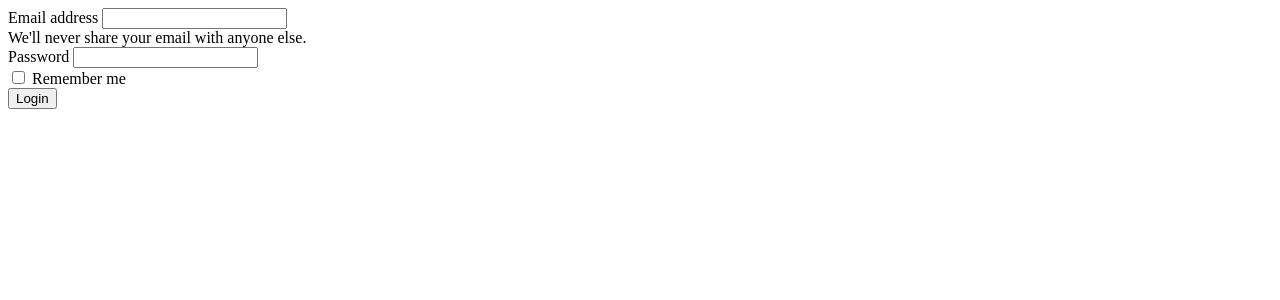
Repository: 2JISUN/hta-lecture-basic
Page: http://localhost/jsp02/login-form.jsp
These files come from the project's save history. The page is drawn as it stood at one moment and after the next save; the edit follows.
The browser window is 1280 px wide. The pictures show the whole page.
The page is served by Tomcat 10. Other server files are loaded and not shown.

Above is the page before, as saved 2023-09-14 08:43:18.

### jsp-lecture/jsp02/src/main/webapp/login-form.jsp
<%@ page language="java" contentType="text/html; charset=UTF-8" pageEncoding="UTF-8" %>
<!DOCTYPE html>
<html>
<head>
    <meta charset="UTF-8">
    <title>Login Form</title>
</head>
<body>
    <form action="login-process.jsp" method="post">
        <div class="mb-3">
            <label for="exampleInputEmail1" class="form-label">Email address</label>
            <input type="email" class="form-control" id="exampleInputEmail1" name="email" aria-describedby="emailHelp">
            <div id="emailHelp" class="form-text">We'll never share your email with anyone else.</div>
        </div>
        <div class="mb-3">
            <label for="exampleInputPassword1" class="form-label">Password</label>
            <input type="password" class="form-control" id="exampleInputPassword1" name="password">
        </div>
        <div class="mb-3 form-check">
            <input type="checkbox" class="form-check-input" id="exampleCheck1" name="remember">
            <label class="form-check-label" for="exampleCheck1">Remember me</label>
        </div>
        <button type="submit" class="btn btn-primary">Login</button>
    </form>
</body>
</html>

After the next save:
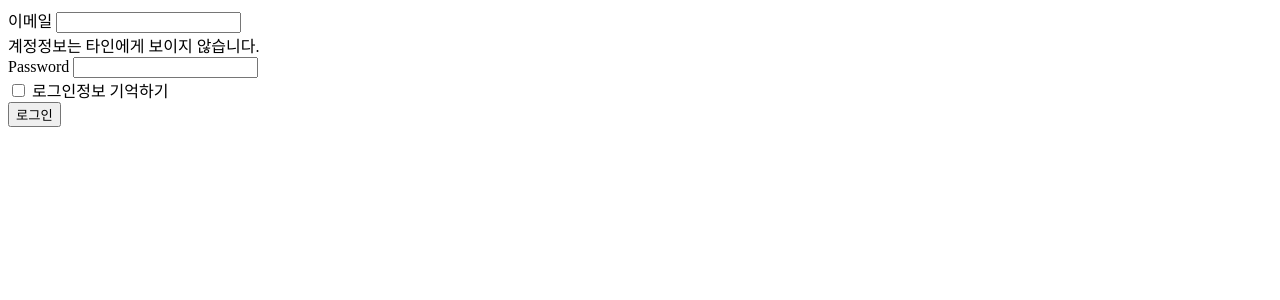
Saved 2 min 55 s later.
--- a/jsp-lecture/jsp02/src/main/webapp/login-form.jsp
+++ b/jsp-lecture/jsp02/src/main/webapp/login-form.jsp
@@ -8,9 +8,9 @@
 <body>
     <form action="login-process.jsp" method="post">
         <div class="mb-3">
-            <label for="exampleInputEmail1" class="form-label">Email address</label>
+            <label for="exampleInputEmail1" class="form-label">이메일</label>
             <input type="email" class="form-control" id="exampleInputEmail1" name="email" aria-describedby="emailHelp">
-            <div id="emailHelp" class="form-text">We'll never share your email with anyone else.</div>
+            <div id="emailHelp" class="form-text">계정정보는 타인에게 보이지 않습니다.</div>
         </div>
         <div class="mb-3">
             <label for="exampleInputPassword1" class="form-label">Password</label>
@@ -18,9 +18,9 @@
         </div>
         <div class="mb-3 form-check">
             <input type="checkbox" class="form-check-input" id="exampleCheck1" name="remember">
-            <label class="form-check-label" for="exampleCheck1">Remember me</label>
+            <label class="form-check-label" for="exampleCheck1">로그인정보 기억하기</label>
         </div>
-        <button type="submit" class="btn btn-primary">Login</button>
+        <button type="submit" class="btn btn-primary">로그인</button>
     </form>
 </body>
 </html>
